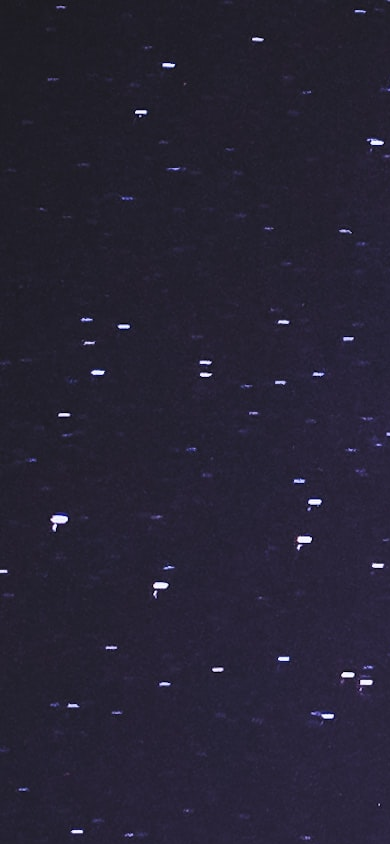
Repository: farrelmuhammad/project-react-native
Screen: /
These files come from the project's save history. The screen is drawn as it stood at one moment and after the next save; the edit follows.
The app was drawn by React Native's web renderer in a window 390 px wide. The project was rebuilt for these pictures with package versions that can differ from the ones it lists, and the page was loaded fresh each time.

Above is the screen before, as saved 2023-01-09 11:49:39.

### App.js
import { StatusBar } from 'expo-status-bar';
import styles from './styles'
import Svg, { Image } from 'react-native-svg';
import { Dimensions, View } from 'react-native';

export default function App() {
  const { height, width } = Dimensions.get('window');

  return (
    <View style={styles.container}>
      <Svg height={height} width={width}>
        <Image href={require('./assets/login-background.jpg')} />
      </Svg>
    </View>
  );
}

### styles.js
import { StyleSheet, Text, View } from 'react-native';

const styles = StyleSheet.create({
    container: {
        flex: 1,
    },
});

export default styles;

After the next save:
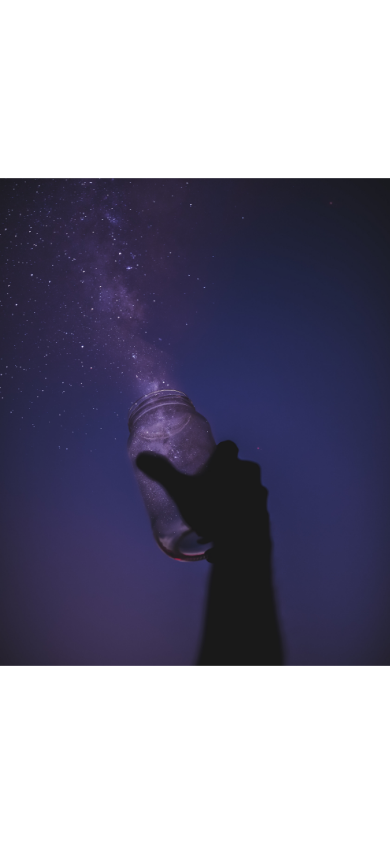
Saved 27 s later.
--- a/App.js
+++ b/App.js
@@ -9,7 +9,7 @@ export default function App() {
   return (
     <View style={styles.container}>
       <Svg height={height} width={width}>
-        <Image href={require('./assets/login-background.jpg')} />
+        <Image href={require('./assets/login-background.jpg')} width={width} height={height} />
       </Svg>
     </View>
   );
